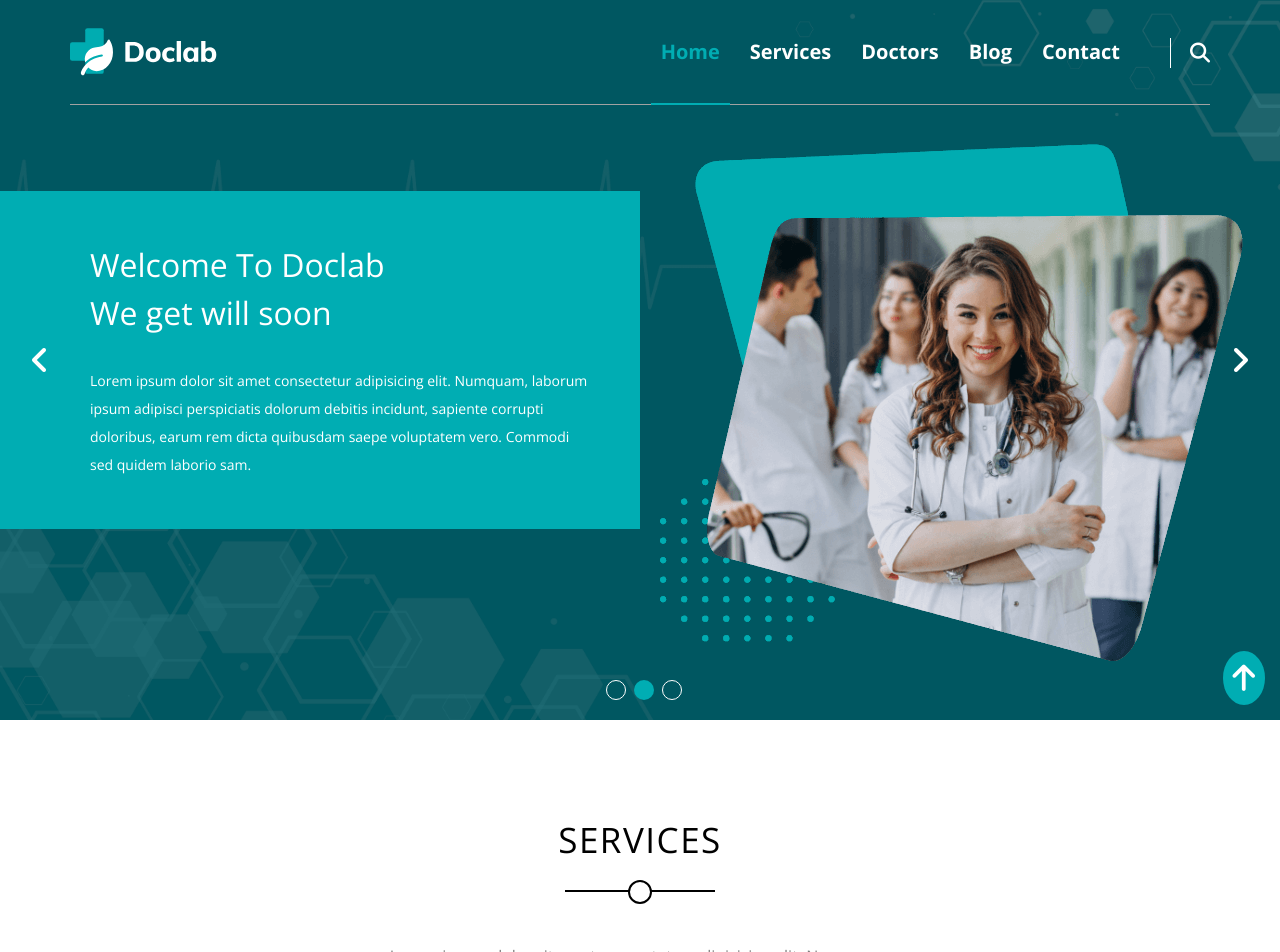
Repository: Ahmed123rezk123/Clinic
Page: index.html
The author's editor kept a copy of each file at every save. The page is drawn from the files as they stood at one save, then again after the next save.
The browser window is 1280 px wide. The pictures show the part of the page from y = 0 to 952 px (the page is 9134 px tall).
A picture or video elsewhere on the page could not be fetched, so the positions and the page height are approximate. Some web fonts or font styles are not loaded; a fallback is used.

Above is the page before, as saved 2024-04-17 20:56:29.

### index.html
<!DOCTYPE html>
<html lang="en">
  <head>
    <meta charset="UTF-8" />
    <meta name="viewport" content="width=device-width, initial-scale=1.0" />
    <title>Clinic</title>
    <!-- Render All Elements Normally -->
    <link rel="stylesheet" href="css/normalize.css" />
    <!-- Font Awesome Library -->
    <link rel="stylesheet" href="css/all.min.css" />
    <!-- Main Temlate css file -->
    <link rel="stylesheet" href="css/style.css" />
    <!-- Google Fonts -->
    <link rel="preconnect" href="https://fonts.googleapis.com" />
    <link rel="preconnect" href="https://fonts.gstatic.com" crossorigin />
    <link
      href="https://fonts.googleapis.com/css2?family=Edu+TAS+Beginner:wght@500&family=Open+Sans:wght@400;700&display=swap"
      rel="stylesheet"
    />
    <!-- <link href="https://cdn.jsdelivr.net/npm/bootstrap@5.3.2/dist/css/bootstrap.min.css" rel="stylesheet"> -->
  </head>
  <body>
    <!-- Start Header -->
    <header>
      <div class="container" id="top">
        <a href="#" class="logo">
          <img src="images/logo.svg" alt="Logo" />
        </a>
        <nav>
          <i class="fas fa-bars menu"></i>
          <ul>
            <li><a href="#" class="active">Home</a></li>
            <li><a href="#">Services</a></li>
            <li><a href="#">Doctors</a></li>
            <li><a href="#">Blog</a></li>
            <li><a href="#">Contact</a></li>
          </ul>
          <div class="form">
            <i class="fas fa-search"></i>
          </div>
        </nav>
      </div>
    </header>
    <!-- End Header -->
    <!-- Start Landing -->
    <section class="landing">
      <div class="overlay">
        <div class="text">
          <div class="content">
            <h2>
              Welcome To Doclab<br />
              We get will soon
            </h2>
            <p>
              Lorem ipsum dolor sit amet consectetur adipisicing elit. Numquam,
              laborum ipsum adipisci perspiciatis dolorum debitis incidunt,
              sapiente corrupti doloribus, earum rem dicta quibusdam saepe
              voluptatem vero. Commodi sed quidem laborio sam.
            </p>
          </div>
        </div>
       <img class="img-doctor" src="images/hero-banner.png" alt="">
      </div>
      <i class="fas fa-angle-left icon1 fa-2x"></i>
      <i class="fas fa-angle-right icon2 fa-2x"></i>
      <ul class="bullets">
        <li></li>
        <li class="active"></li>
        <li></li>
      </ul>
    </section>
    <!-- End Landing -->
    <!-- Start Services -->
    <section class="services">
      <div class="container">
        <div class="main-content">
          <h2>Services</h2>
          <p>
            Lorem ipsum dolor sit amet consectetur adipisicing elit. Numquam,
            laborum ipsum adipisci perspiciatis dolorum.
          </p>
        </div>
        <div class="services-content">
          <div class="div-content">
            <i class="fas fa-desktop"></i>
            <div class="text">
              <h2>Frontend Developer</h2>
              <p>
                Lorem, ipsum dolor sit amet consectetur adipisicing elit. Minus
                dolorum ipsam, ullam tenetur ab aliquid quia repudiandae .
              </p>
            </div>
          </div>
          <div class="div-content">
            <i class="fas fa-cog"></i>
            <div class="text">
              <h2>Frontend Developer</h2>
              <p>
                Lorem, ipsum dolor sit amet consectetur adipisicing elit. Minus
                dolorum ipsam, ullam tenetur ab aliquid quia repudiandae .
              </p>
            </div>
          </div>
          <div class="div-content">
            <i class="fas fa-pencil-ruler"></i>
            <div class="text">
              <h2>Frontend Developer</h2>
              <p>
                Lorem, ipsum dolor sit amet consectetur adipisicing elit. Minus
                dolorum ipsam, ullam tenetur ab aliquid quia repudiandae .
              </p>
            </div>
          </div>
          <div class="div-content">
            <i class="fas fa-camera"></i>
            <div class="text">
              <h2>Frontend Developer</h2>
              <p>
                Lorem, ipsum dolor sit amet consectetur adipisicing elit. Minus
                dolorum ipsam, ullam tenetur ab aliquid quia repudiandae .
              </p>
            </div>
          </div>
        </div>
      </div>
    </section>
    <!-- End Services -->
    <!-- Start Design -->
    <section class="design">
      <div class="overlay">
        <div class="image">
          <img src="images/mobile.png" alt="" />
        </div>
        <div class="text">
          <div class="content">
            <h2>OUR DESIGN COMES WITH...</h2>
            <div class="div-icon">
              <div class="div-content">
                <i class="fas fa-desktop lab1"></i>
                <span>Responsive Design</span>
              </div>
              <div class="div-content">
                <i class="fas fa-desktop lab2"></i>
                <span>Modern And Clean Design</span>
              </div>
              <div class="div-content">
                <i class="fas fa-desktop lab3"></i>
                <span>Clean Code</span>
              </div>
              <div class="div-content">
                <i class="fas fa-desktop lab4"></i>
                <span>Browser Friendly</span>
              </div>
            </div>
          </div>
        </div>
      </div>
    </section>
    <!-- End Design -->
    <!-- Start Portfolio -->
    <div class="portfolio">
      <div class="container">
        <div class="main-content">
          <h2>Portfolio</h2>
          <p>
            Lorem ipsum dolor sit amet consectetur adipisicing elit. Numquam,
            laborum ipsum adipisci perspiciatis dolorum.
          </p>
        </div>
        <ul class="shuffle">
          <li class="active">All</li>
          <li>App</li>
          <li>Photo</li>
          <li>Web</li>
          <li>Print</li>
        </ul>
      </div>
      <div class="imgs-content">
        <div class="box">
          <img src="images/shuffle-01.jpg" alt="" />
          <div class="caption">
            <h4>Awesome Image</h4>
            <p>Photography</p>
          </div>
        </div>
        <div class="box">
          <img src="images/shuffle-02.jpg" alt="" />
          <div class="caption">
            <h4>Awesome Image</h4>
            <p>Photography</p>
          </div>
        </div>
        <div class="box">
          <img src="images/shuffle-03.jpg" alt="" />
          <div class="caption">
            <h4>Awesome Image</h4>
            <p>Photography</p>
          </div>
        </div>
        <div class="box">
          <img src="images/shuffle-04.jpg" alt="" />
          <div class="caption">
            <h4>Awesome Image</h4>
            <p>Photography</p>
          </div>
        </div>
        <div class="box">
          <img src="images/shuffle-05.jpg" alt="" />
          <div class="caption">
            <h4>Awesome Image</h4>
            <p>Photography</p>
          </div>
        </div>
        <div class="box">
          <img src="images/shuffle-06.jpg" alt="" />
          <div class="caption">
            <h4>Awesome Image</h4>
            <p>Photography</p>
          </div>
        </div>
        <div class="box">
          <img src="images/shuffle-07.jpg" alt="" />
          <div class="caption">
            <h4>Awesome Image</h4>
            <p>Photography</p>
          </div>
        </div>
        <div class="box">
          <img src="images/shuffle-08.jpg" alt="" />
          <div class="caption">
            <h4>Awesome Image</h4>
            <p>Photography</p>
          </div>
        </div>
      </div>
      <a href="#" class="more">MORE</a>
    </div>
    <!-- End Portfolio -->
    <!-- Start Video -->
    <div class="video">
      <video autoplay muted loop>
        <source src="images/awesome-video (1).mp4" type="video/mp4" />
      </video>
      <div class="text">
        <h2>SUPER AWESOME VIDEO HERE</h2>
        <p>Its All You Need</p>
        <button>SEE MORE</button>
      </div>
    </div>
    <!-- End Video -->

    <!-- Start About -->
    <div class="about">
      <div class="container">
        <div class="main-content">
          <h2>Services</h2>
          <p>
            Lorem ipsum dolor sit amet consectetur adipisicing elit. Numquam,
            laborum ipsum adipisci perspiciatis dolorum.
          </p>
        </div>
        <img src="images/about.png" alt="" />
      </div>
    </div>
    <!-- End About -->
    <!-- Start Stats  -->
    <div class="stats">
      <div class="container">
        <div class="box">
          <i class="fas fa-mug-hot"></i>
          <p>1.236</p>
          <span>Coffee Drinks</span>
        </div>
        <div class="box">
          <i class="far fa-folder"></i>
          <p>256</p>
          <span>Completed Projects</span>
        </div>
        <div class="box">
          <i class="far fa-envelope"></i>
          <p>1,743</p>
          <span>Mail Sent</span>
        </div>
        <div class="box">
          <i class="fas fa-trophy"></i>
          <p>17</p>
          <span>Awards Received</span>
        </div>
      </div>
    </div>
    <!-- End Stats  -->
    <!-- Start Skills -->
    <div class="our-skills">
      <div class="container">
        <div class="testimonial">
          <h3>TESTIMONIALS</h3>
          <p>
            Curabitur arcu erat, accumsan id imperdiet et, porttitor at sem.
            Mauris blandit aliquet elit, eget tincidunt.
          </p>
          <div class="box">
            <img src="images/skills-01.jpg" alt="" />
            <div class="text">
              Curabitur arcu erat, accumsan id imperdiet et, porttitor at sem.
              Mauris blandit aliquet elit, eget tincidunt.
              <p>Ahmed Atef, CEO</p>
            </div>
          </div>
          <div class="box">
            <img src="images/skills-02.jpg" alt="" />
            <div class="text">
              Curabitur arcu erat, accumsan id imperdiet et, porttitor at sem.
              Mauris blandit aliquet elit, eget tincidunt.
              <p>Ahmed Ayman, CEO</p>
            </div>
          </div>
          <ul class="bullets">
            <li></li>
            <li class="active"></li>
            <li></li>
          </ul>
        </div>
        <div class="skills">
          <h3>SKILLS</h3>
          <p>
            Curabitur arcu erat, accumsan id imperdiet et, porttitor at sem.
            Mauris blandit aliquet elit, eget tincidunt.
          </p>
          <div class="prog-content">
            <h4>ADOBE</h4>
            <div class="prog">
              <span style="width: 90%" data-progress="90%"></span>
            </div>
          </div>
          <div class="prog-content">
            <h4>HTML & CSS</h4>
            <div class="prog">
              <span style="width: 85%" data-progress="85%"></span>
            </div>
          </div>
          <div class="prog-content">
            <h4>JAVASCRIPT</h4>
            <div class="prog">
              <span style="width: 80%" data-progress="80%"></span>
            </div>
          </div>
          <div class="prog-content">
            <h4>PHP</h4>
            <div class="prog">
              <span style="width: 90%" data-progress="90%"></span>
            </div>
          </div>
        </div>
      </div>
    </div>
    <!-- End Skills -->
    <!-- Start Quote -->
    <div class="quote">
      <div class="container">
        <div class="content">
          <q
            >accumsan id imperdiet et, porttitor at sem. Mauris blandit aliquet
            elit, eget tincidunt.</q
          >
          <span>Ahmed Atef</span>
        </div>
      </div>
    </div>
    <!-- End Quote -->
    <!-- Start Princing -->
    <div class="princing">
      <div class="container">
        <div class="main-content">
          <h2>Princing</h2>
          <p>
            Lorem ipsum dolor sit amet consectetur adipisicing elit. Numquam,
            laborum ipsum adipisci perspiciatis dolorum.
          </p>
        </div>
        <div class="content">
          <div class="basic">
            <div class="head">
              <h3>BASIC</h3>
              <span>19</span>
            </div>
            <ul>
              <li>Feature No 1</li>
              <li>Extra Feature</li>
              <li>Extra Feature No 2</li>
              <li>Feature</li>
            </ul>
            <div class="foot">
              <a href="#">Buy Now</a>
            </div>
          </div>
          <div class="basic">
            <div class="head">
              <h3>PREMIUM</h3>
              <span>29</span>
            </div>
            <ul>
              <li>Feature No 1</li>
              <li>Extra Feature</li>
              <li>Extra Feature No 2</li>
              <li>Feature</li>
            </ul>
            <div class="foot">
              <a href="#">Buy Now</a>
            </div>
          </div>

          <div class="basic">
            <div class="head">
              <h3>PRO</h3>
              <span>39</span>
            </div>
            <ul>
              <li>Feature No 1</li>
              <li>Extra Feature</li>
              <li>Extra Feature No 2</li>
              <li>Feature</li>
            </ul>
            <div class="foot">
              <a href="#">Buy Now</a>
            </div>
          </div>

          <div class="basic">
            <div class="head">
              <h3>PLATINUM</h3>
              <span>49</span>
            </div>
            <ul>
              <li>Feature No 1</li>
              <li>Extra Feature</li>
              <li>Extra Feature No 2</li>
              <li>Feature</li>
            </ul>
            <div class="foot">
              <a href="#">Buy Now</a>
            </div>
          </div>
        </div>
        <p class="parag-content">Contact us if you have special request</p>
        <a href="#" class="lnk">Contact Us</a>
      </div>
    </div>
    <!-- End Princing -->

    <!-- Start Subscribe -->
    <div class="subscribe">
      <div class="container">
        <form action="">
          <i class="far fa-envelope"></i>
          <input type="email" name="mail" placeholder="Your Email" />
          <input type="submit" value="Subscribe" />
        </form>
        <p>
          Curabitur arcu erat, accumsan id imperdiet et, porttitor at sem.
          Mauris blan dit aliquet elit, eget tincidunt.
        </p>
      </div>
    </div>
    <!-- End Subscribe -->
    <!-- Start CONTACT US -->

    <div class="contact">
      <div class="container">
        <div class="main-content">
          <h2>contact us</h2>
          <p>
            Lorem ipsum dolor sit amet consectetur adipisicing elit. Numquam,
            laborum ipsum adipisci perspiciatis dolorum.
          </p>
        </div>
        <div class="content">
          <form action="">
            <input
              class="inp"
              type="text"
              name="name"
              placeholder="Your Name"
            />
            <input
              class="inp"
              type="email"
              name="mail"
              placeholder="Your Email"
            />
            <textarea
              class="inp"
              name="message"
              placeholder="Your Message"
            ></textarea>
            <input type="submit" value="Send Message" />
          </form>
          <div class="text">
            <h4>GET IN TOUCH</h4>
            <span class="phone">+00 123.456.789</span>
            <span class="phone">+00 123.456.789</span>

            <h4>WHERE WE ARE</h4>
            <ul>
              <li>Awesome Address 17</li>
              <li>New York, NYC</li>
              <li>123-4567-890</li>
              <li>USA</li>
            </ul>
          </div>
        </div>
      </div>
    </div>
    <!-- End CONTACT US -->

    <!-- Start Footer -->
    <div class="footer">
      <div class="container">
        <img src="images/logo.png" alt="Logo" />
        <div class="text">
          <h2>WE ARE SOCIAL</h2>
          <a href="#"><i class="fab fa-facebook-f"></i></a>
          <a href="#"><i class="fab fa-twitter"></i></a>
          <a href="#"> <i class="fas fa-home"></i></a>
          <a href="#"><i class="fab fa-linkedin"></i></a>
        </div>
        <p>&copy; 2024 <span>Kammuna</span> All Right Reserved</p>
      </div>
    </div>
    <!-- End Footer -->
    <a href="#top" class="up"><i class="fas fa-arrow-up"></i></a>
  </body>
</html>

Loaded but not shown: css/normalize.css (library); css/all.min.css (library); css/style.css (1184 lines, source omitted)

After the next save:
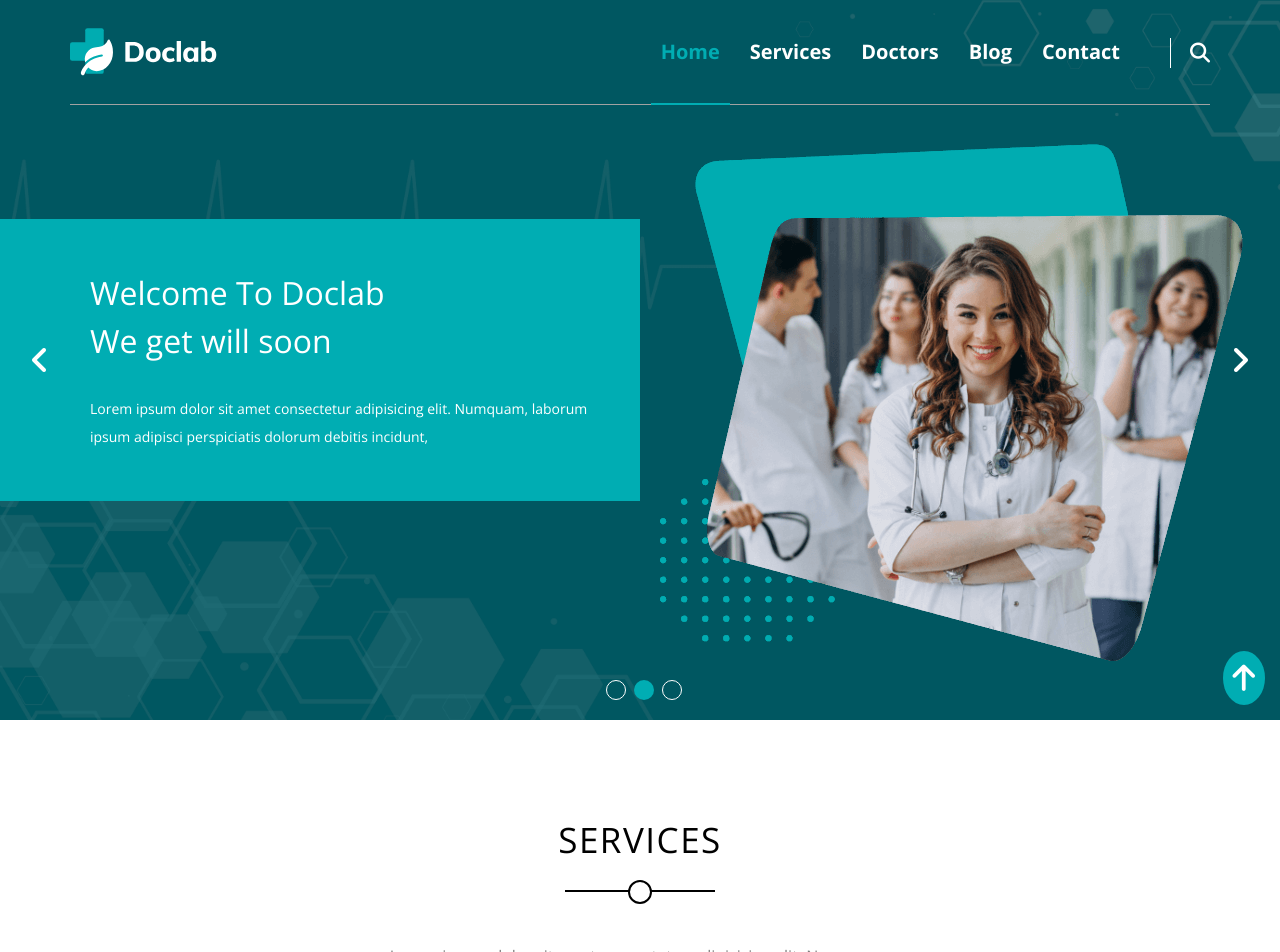
Saved 28 s later.
--- a/index.html
+++ b/index.html
@@ -54,8 +54,6 @@
             <p>
               Lorem ipsum dolor sit amet consectetur adipisicing elit. Numquam,
               laborum ipsum adipisci perspiciatis dolorum debitis incidunt,
-              sapiente corrupti doloribus, earum rem dicta quibusdam saepe
-              voluptatem vero. Commodi sed quidem laborio sam.
             </p>
           </div>
         </div>
